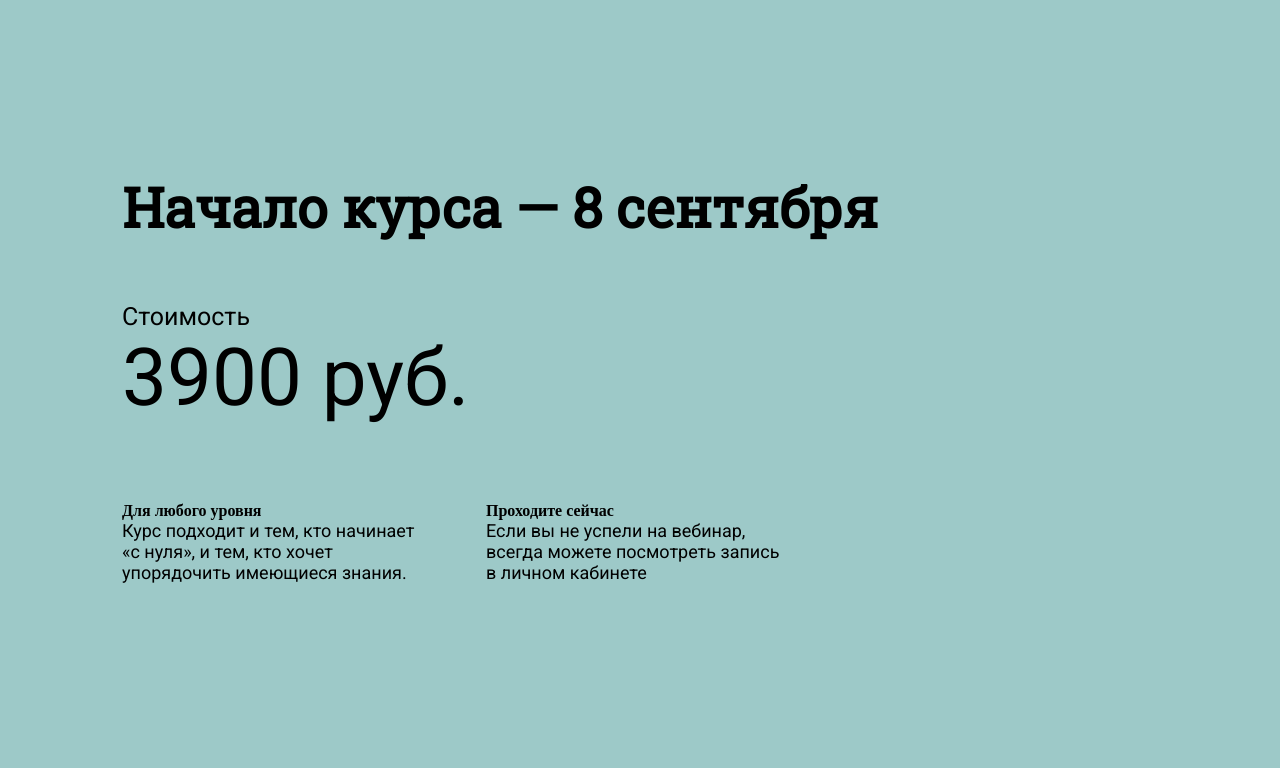
Repository: NatiqSamiyev/fiqma-task3
Page: index.html
These files come from the project's save history. The page is drawn as it stood at one moment and after a run of saves; the edit follows.
The browser window is 1280 px wide. The pictures show the whole page.

Above is the page before, as saved 2023-08-09 13:20:51.

### index.html
<!DOCTYPE html>
<html lang="en">
  <head>
    <meta charset="UTF-8" />
    <meta name="viewport" content="width=device-width, initial-scale=1.0" />
    <link rel="stylesheet" href="index.css" />
    <title>Document</title>
  </head>
  <body>
    <div class="container">
      <h1>Начало курса — 8 сентября</h1>
      <h2>Стоимость</h2>
      <h3>3900 руб.</h3>
      <ul>
        <li>
          <h4>Для любого уровня</h4>
          <p>
            Курс подходит и тем, кто начинает «с нуля», и тем, кто хочет
            упорядочить имеющиеся знания.
          </p>
        </li>

        <li>
          <h4>Проходите сейчас</h4>
          <p>
            Если вы не успели на вебинар, всегда можете посмотреть запись в
            личном кабинете
          </p>
        </li>
      </ul>

    </div>
  </body>
</html>

### index.css
@import url("https://fonts.googleapis.com/css2?family=Roboto+Slab&family=Roboto:wght@400;700&display=swap");
* {
  margin: 0;
  padding: 0;
  box-sizing: border-box;
}

.container {
  width: 100%;
  min-height: 100vh;
  padding: 179px 0 185px 122px;
  background: #9dc9c8;
}

.container h1 {
  /* padding: 179px 410px 0 122px; */
  margin-bottom: 69px;
  color: #000;
  font-family: Roboto Slab;
  font-size: 55px;
  font-style: normal;
  font-weight: 700;
  line-height: 101.385%;
}

.container h2 {
  /* padding: 69px 1148px 0 122px; */
  margin-bottom: 9px;
  color: #000;
  font-family: Roboto;
  font-size: 25px;
  font-style: normal;
  font-weight: 400;
  line-height: 101.385%;
}

.container h3 {
  /* padding: 9px 837px 0 122px; */
  color: #000;
  font-family: Roboto;
  font-size: 80px;
  font-style: normal;
  font-weight: 400;
  line-height: 101.385%;
}

.container ul {
  /* padding-left: 122px; */
  display: flex;
  text-decoration: none;
}

.container ul li {
  padding: 83px 70px 0 0px;
  list-style-type: none;
}

.container h5 {
  padding-bottom: 20px;
  font-family: Roboto;
  font-size: 25px;
  font-style: normal;
  font-weight: 400;
}

.container p {
  width: 294px;
  font-family: Roboto;
  font-size: 18px;
  font-style: normal;
  font-weight: 400;
}

After the next 2 saves:
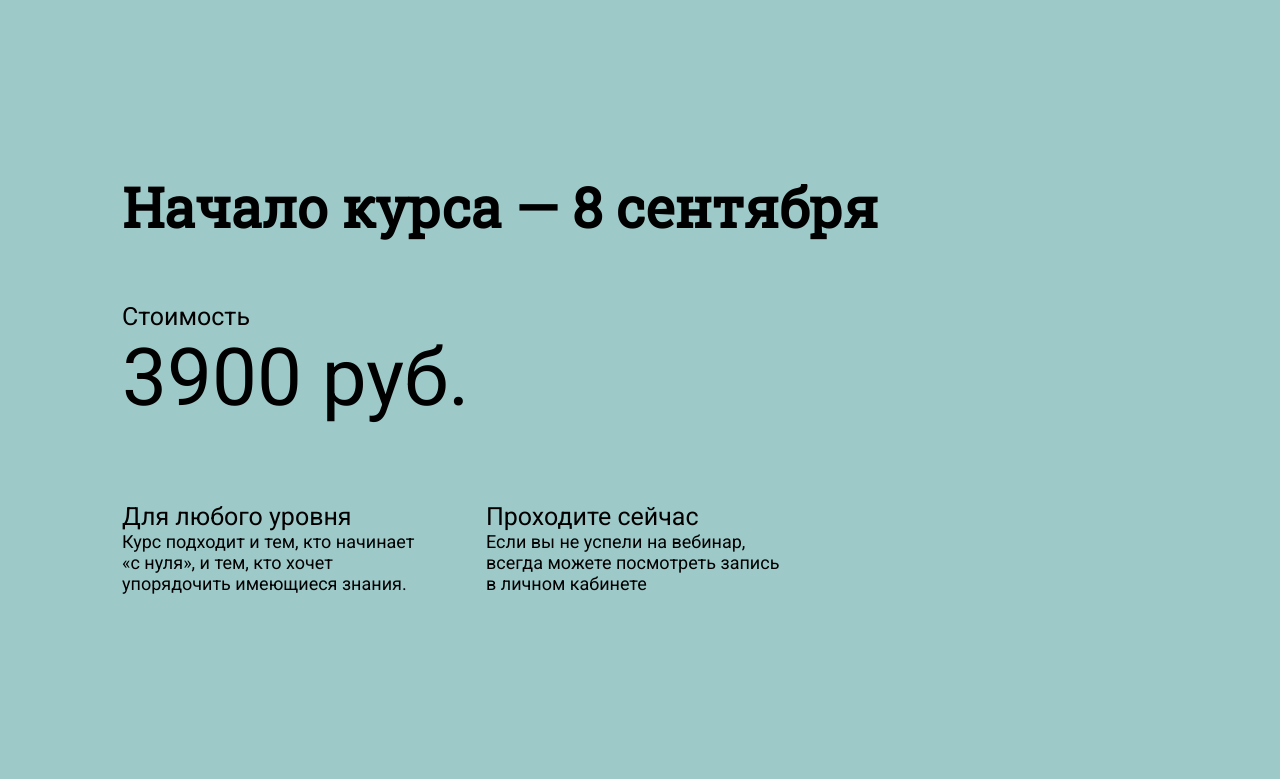
The 2 saves are shown as one change because they came seconds apart.
The last was saved 7 s later.
--- a/index.css
+++ b/index.css
@@ -55,8 +55,8 @@
   list-style-type: none;
 }
 
-.container h5 {
-  padding-bottom: 20px;
+.container h4 {
+  /* padding-bottom: 20px; */
   font-family: Roboto;
   font-size: 25px;
   font-style: normal;
